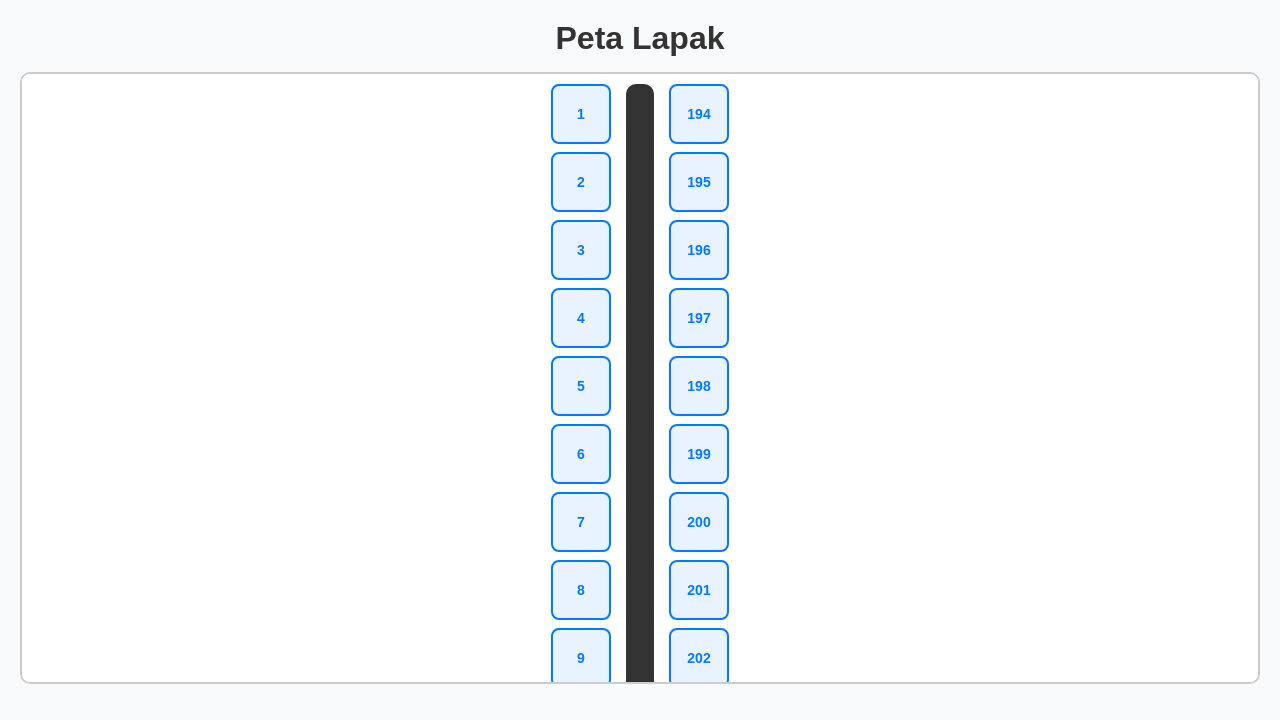
Repository: pasarrakyatbak/denah
Page: index.html
These files come from the project's save history. The page is drawn as it stood at one moment and after the next save; the edit follows.
The browser window is 1280 px wide. The pictures show the whole page.
An inner scrolling area shows only its first screen.

Above is the page before, as saved 2025-09-19 08:07:56.

After the next save:
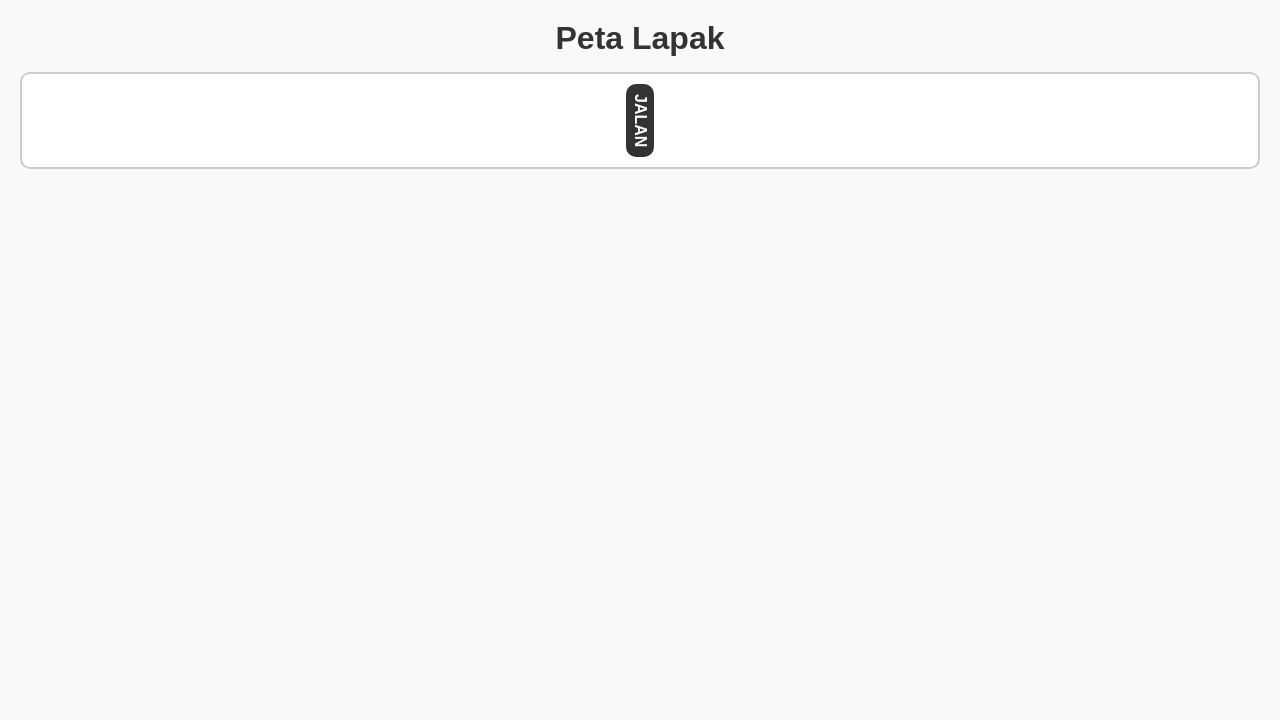
Console error: SyntaxError: Identifier 'rightSide' has already been declared
Saved 6 s later.
--- a/script.js
+++ b/script.js
@@ -8,16 +8,14 @@
     186, 187, 188, 189, 190, 191, 192, 193
 ];
 
-// Nomor lapak sisi kanan (tetap sama daftarnya)
-const rightNumbers = [
-    194, 195, 196, 197, 198, 199, 200, 201, 202, 203, 204, 205, 206, 207, 208, 209, 210, 211, 212, 213,
-    105, 106, 107, 108, 109, 110, 111, 112, 113, 114, 115, 116, 117, 118, 119, 120, 121, 122, 123, 124,
-    125, 126, 127, 128, 129, 130, 131, 132, 133, 134, 135, 136, 137, 138,
-    214, 215, 216,
-    139, 140, 141, 142, 143, 144, 145, 146, 147, 148, 149, 150, 151, 152, 153, 154, 155, 156, 157, 158, 159, 160,
-    161, 162, 163, 164, 165, 166, 167, 168, 169, 170, 171, 172, 173, 174, 175, 176, 177, 178, 179, 180,
-    181, 182, 183, 184, 185
-];
+// Render sisi kanan dengan urutan dibalik
+const rightSide = document.getElementById("right-side");
+rightNumbers.slice().reverse().forEach(num => {
+    const div = document.createElement("div");
+    div.className = "lapak";
+    div.textContent = num;
+    rightSide.appendChild(div);
+});
 
 // Render sisi kiri
 const leftSide = document.getElementById("left-side");

After the 2 saves that followed:
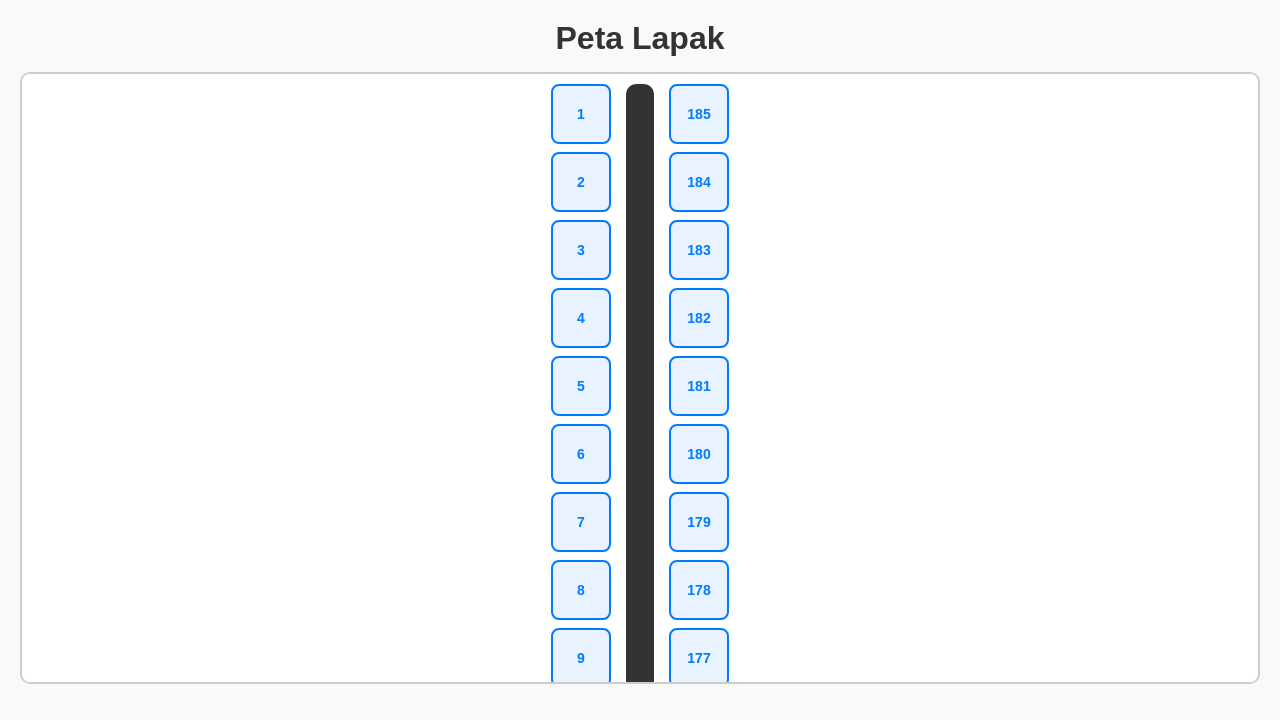
The error is gone.
The 2 saves are shown as one change because 1 left the picture as it was.
The last was saved 24 s later.
--- a/script.js
+++ b/script.js
@@ -6,6 +6,16 @@
     61, 62, 63, 64, 65, 66, 67, 68, 69, 70, 71, 72, 73, 74, 75, 76, 77, 78, 79, 80, 81, 82, 83, 84,
     85, 86, 87, 88, 89, 90, 91, 92, 93, 94, 95, 96, 97, 98, 99, 100, 101, 102, 103, 104,
     186, 187, 188, 189, 190, 191, 192, 193
+];
+// Nomor lapak sisi kanan (tetap sama daftarnya)
+const rightNumbers = [
+    194, 195, 196, 197, 198, 199, 200, 201, 202, 203, 204, 205, 206, 207, 208, 209, 210, 211, 212, 213,
+    105, 106, 107, 108, 109, 110, 111, 112, 113, 114, 115, 116, 117, 118, 119, 120, 121, 122, 123, 124,
+    125, 126, 127, 128, 129, 130, 131, 132, 133, 134, 135, 136, 137, 138,
+    214, 215, 216,
+    139, 140, 141, 142, 143, 144, 145, 146, 147, 148, 149, 150, 151, 152, 153, 154, 155, 156, 157, 158, 159, 160,
+    161, 162, 163, 164, 165, 166, 167, 168, 169, 170, 171, 172, 173, 174, 175, 176, 177, 178, 179, 180,
+    181, 182, 183, 184, 185
 ];
 
 // Render sisi kanan dengan urutan dibalik
@@ -25,12 +35,3 @@
     div.textContent = num;
     leftSide.appendChild(div);
 });
-
-// Render sisi kanan
-const rightSide = document.getElementById("right-side");
-rightNumbers.forEach(num => {
-    const div = document.createElement("div");
-    div.className = "lapak";
-    div.textContent = num;
-    rightSide.appendChild(div);
-});
